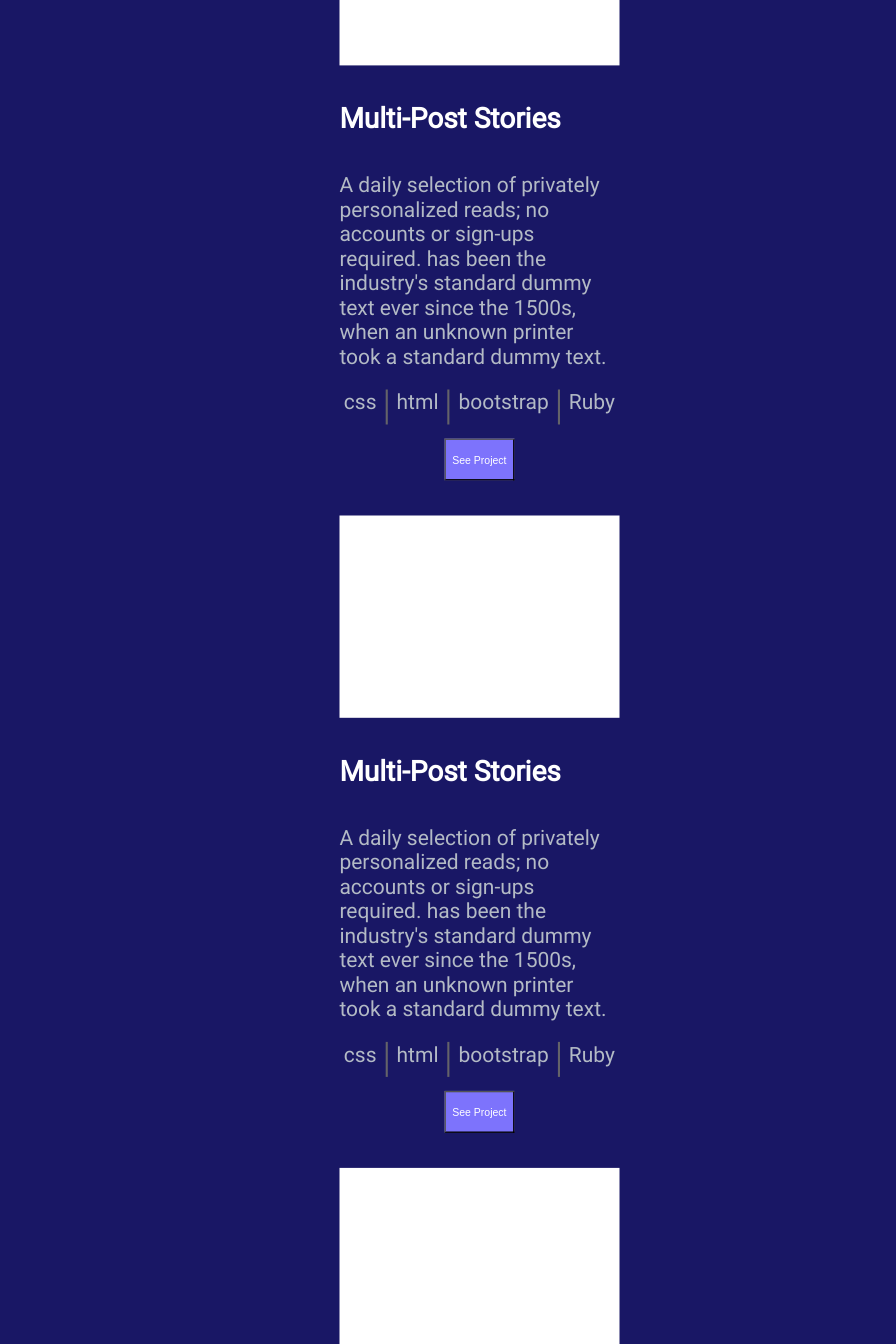
Repository: mustabbas/Portfolio
Page: index.html
These files come from the project's save history. The page is drawn as it stood at one moment and after the next save; the edit follows.
The browser window is 1280 px wide. The pictures show the part of the page from y = 1409 to 3329 px (the page is 5808 px tall before and 4889 px after), at 70% of full size.

Above is the page before, as saved 2021-08-17 21:05:39.

After the next save:
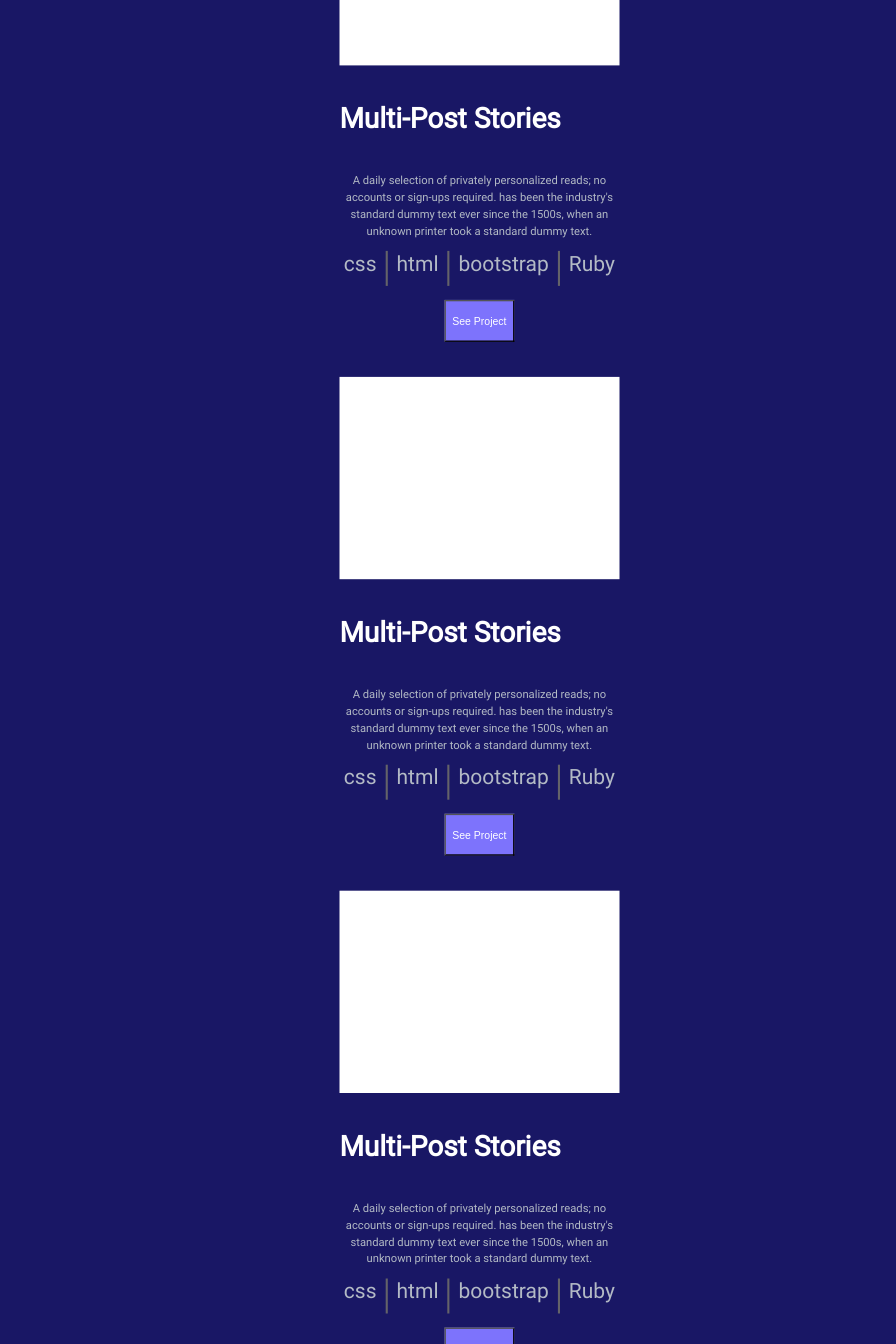
Saved 5 min 1 s later.
--- a/style.css
+++ b/style.css
@@ -211,8 +211,9 @@
 }
 
 .card-body p {
-  font-size: 30px;
-  text-align: left;
+  font-size: 16px;
+  line-height: 24px;
+  text-align: center;
 }
 
 .card-body h3 {

After the save that followed:
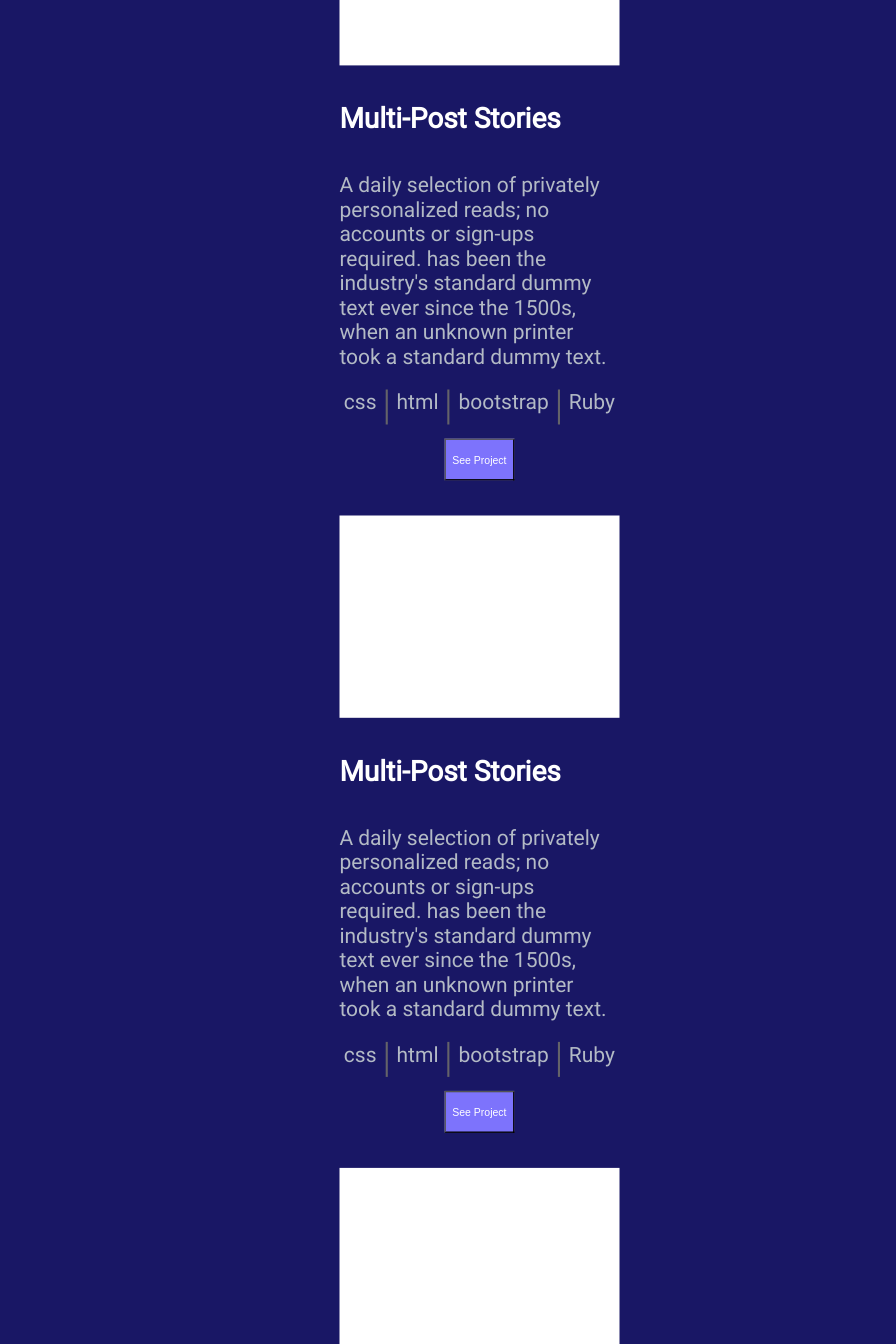
Saved 18 s later.
--- a/style.css
+++ b/style.css
@@ -211,9 +211,8 @@
 }
 
 .card-body p {
-  font-size: 16px;
-  line-height: 24px;
-  text-align: center;
+  font-size: 30px;
+  text-align: left;
 }
 
 .card-body h3 {
